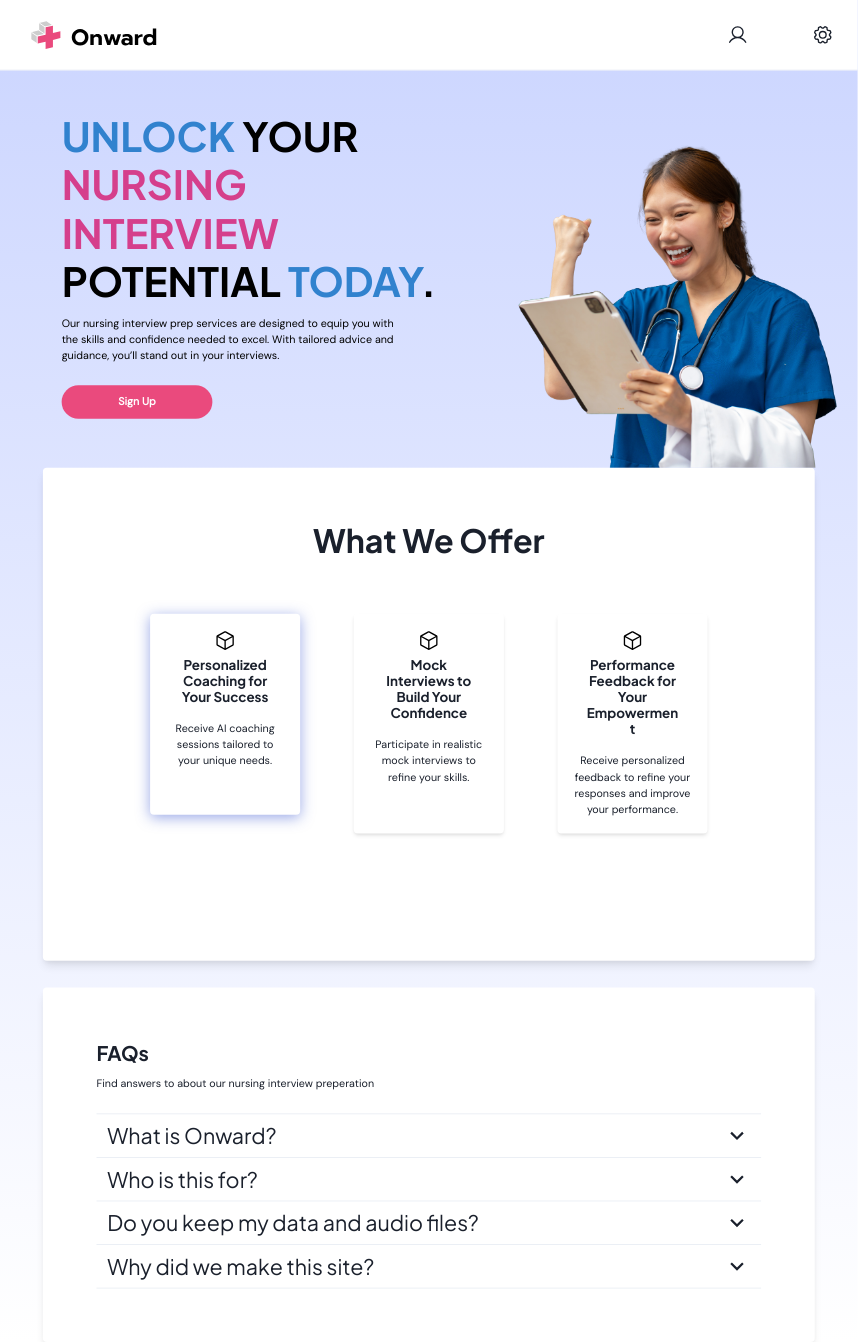
Repository: Aladdin3r/onward
Page: /landing-page
The author's editor kept a copy of each file at every save. The page is drawn from the files as they stood at one save, then again after the next save.
The browser window is 1280 px wide. The pictures show the whole page, at 67% of full size.
The project was rebuilt for these pictures with package versions that can differ from the ones it lists, and the page was loaded fresh each time. The framework's server and built-in components were replaced by stand-ins that run in the browser. Also part of the build but not shown: next.config.mjs.

Above is the page before, as saved 2024-10-29 03:25:24.

### pages/_app.js
import { ChakraProvider } from "@chakra-ui/react";
import theme from "@/styles/theme";

function MyApp({ Component, pageProps }) {
  return (
    <ChakraProvider theme={theme}>
      <Component {...pageProps} />
    </ChakraProvider>
  );
}

export default MyApp;

### pages/_document.js
import { Html, Head, Main, NextScript } from "next/document";

export default function Document() {
  return (
    <Html lang="en">
      <Head>
        <link
          href="https://fonts.googleapis.com/css2?family=DM+Sans:wght@400&family=Plus+Jakarta+Sans:wght@400;600;700&display=swap"
          rel="stylesheet"
        />
      </Head>
      <body>
        <Main />
        <NextScript />
      </body>
    </Html>
  );
}

### pages/landing-page.js
import {
    Box,
    Flex,
    Heading,
    Text,
    Stack,
    Button,
    Accordion,
    AccordionItem,
    AccordionButton,
    AccordionPanel,
    AccordionIcon,
    Image
} from "@chakra-ui/react";
import TopNav from "@/styles/components/TopNav";
import { useRouter } from 'next/router';

export default function Home() {
    const router = useRouter();

    // Button action function
    const handleSignUp = () => {
        router.push('/signup'); // Navigate to the sign-up page
    };

    return (
        <Box
            bgGradient="linear(to-b, #CBD5FF, #FFFFFF)"
            minH="100vh"

        >
            {/* Hero Section */}
            <TopNav />

            <Flex
                p={3}
                width="100%"
                mb={0}
                flexDirection="row"
                alignItems="center"
                justifyContent="space-between"
                gap="2rem"
            >
                <Flex flexDirection="column" zIndex={1} ml="20">
                    <Heading
                        fontFamily="heading"
                        fontSize="6xl"
                        fontWeight="bold"
                        width="88%"
                        mb={4}
                    >
                        <Text as="span" color="blue.500">UNLOCK </Text>
                        <Text as="span" color="black">YOUR </Text>
                        <Text as="span" color="pink.500">NURSING INTERVIEW </Text>
                        <Text as="span" color="black">POTENTIAL </Text>
                        <Text as="span" color="blue.500">TODAY</Text>
                        <Text as="span" color="black">. </Text>
                    </Heading>
                    <Text fontFamily="body" fontSize="x" color="black" mb={6} width="78%">
                        Our nursing interview prep services are designed to equip you with the skills and confidence needed to excel. With tailored advice and guidance, you’ll stand out in your interviews.
                    </Text>
                    <Button
                        mt="2"
                        bg="#EA4A7D"
                        color="#FFFFFF"
                        width="50%"
                        height="50px"
                        maxW="225px"
                        fontWeight="semibold"
                        fontSize="16px"
                        borderRadius="full"
                        px="6"
                        mb="6"
                    >
                        Sign Up
                    </Button>
                </Flex>

                <Box width="95%" >
                    <Image
                        src="/images/ipad-nurse.png"
                        alt="IPad Nurse"
                        width="100%"
                        height="auto"
                        objectFit="cover"
                        ml={-15}
                    />
                </Box>
            </Flex>


            {/* What We Offer Section */}
            <Box p={40} textAlign="center" borderRadius="md" boxShadow="lg" maxW="90%" mx="auto" bg={"white"} mt={-3}>
                <Heading fontFamily="heading" fontSize="5xl" mb={20} mt={-20}>What We Offer</Heading>
                <Flex justify="center" gap={20} mb={30}>
                    <Stack
                        width="300px"
                        height="300px"
                        borderRadius="md"
                        boxShadow={`0 4px 20px rgba(51, 82, 207, 0.5)`} // Custom shadow color
                        p={6}
                        textAlign="center"
                        alignItems="center"
                    >
                        <svg xmlns="http://www.w3.org/2000/svg" width="32" height="32" fill="#000000" viewBox="0 0 256 256"><path d="M223.68,66.15,135.68,18h0a15.88,15.88,0,0,0-15.36,0l-88,48.17a16,16,0,0,0-8.32,14v95.64a16,16,0,0,0,8.32,14l88,48.17a15.88,15.88,0,0,0,15.36,0l88-48.17a16,16,0,0,0,8.32-14V80.18A16,16,0,0,0,223.68,66.15ZM128,32h0l80.34,44L128,120,47.66,76ZM40,90l80,43.78v85.79L40,175.82Zm96,129.57V133.82L216,90v85.78Z"></path></svg>
                        <Heading width="80%" fontFamily="heading" fontSize="xl" mb={4}>Personalized Coaching for Your Success</Heading>
                        <Text fontFamily="body">
                            Receive AI coaching sessions tailored to your unique needs.
                        </Text>
                    </Stack>
                    <Stack width="300px" borderRadius="md" boxShadow="md" p={6} textAlign="center" alignItems="center">
                        <svg xmlns="http://www.w3.org/2000/svg" width="32" height="32" fill="#000000" viewBox="0 0 256 256"><path d="M223.68,66.15,135.68,18h0a15.88,15.88,0,0,0-15.36,0l-88,48.17a16,16,0,0,0-8.32,14v95.64a16,16,0,0,0,8.32,14l88,48.17a15.88,15.88,0,0,0,15.36,0l88-48.17a16,16,0,0,0,8.32-14V80.18A16,16,0,0,0,223.68,66.15ZM128,32h0l80.34,44L128,120,47.66,76ZM40,90l80,43.78v85.79L40,175.82Zm96,129.57V133.82L216,90v85.78Z"></path></svg>
                        <Heading width="80%" fontFamily="heading" fontSize="xl" mb={4}>Mock Interviews to Build Your Confidence</Heading>
                        <Text fontFamily="body">
                            Participate in realistic mock interviews to refine your skills.
                        </Text>
                    </Stack>
                    <Stack width="300px" borderRadius="md" boxShadow="md" p={6} textAlign="center" alignItems="center">
                        <svg xmlns="http://www.w3.org/2000/svg" width="32" height="32" fill="#000000" viewBox="0 0 256 256"><path d="M223.68,66.15,135.68,18h0a15.88,15.88,0,0,0-15.36,0l-88,48.17a16,16,0,0,0-8.32,14v95.64a16,16,0,0,0,8.32,14l88,48.17a15.88,15.88,0,0,0,15.36,0l88-48.17a16,16,0,0,0,8.32-14V80.18A16,16,0,0,0,223.68,66.15ZM128,32h0l80.34,44L128,120,47.66,76ZM40,90l80,43.78v85.79L40,175.82Zm96,129.57V133.82L216,90v85.78Z"></path></svg>
                        <Heading width="80%" fontFamily="heading" fontSize="xl" mb={4}>Performance Feedback for Your Empowerment</Heading>
                        <Text fontFamily="body">
                            Receive personalized feedback to refine your responses and improve your performance.
                        </Text>
                    </Stack>
                </Flex>
            </Box>

            {/* FAQ Section */}
            <Box p={20} borderRadius="md" boxShadow="lg" maxW="90%" mx="auto" bg={"white"} mt={10}>
                <Heading fontFamily="heading" fontSize="3xl" textAlign="left" mb={4}>FAQs</Heading>
                <Text fontFamily="body" fontSize="s" textAlign="left" mb={8}>
                    Find answers to about our nursing interview preperation
                </Text>
                <Accordion allowToggle>
                    <AccordionItem>
                        <h2>
                            <AccordionButton>
                                <Box as="span" flex="1" textAlign="left" fontFamily="heading">What is Onward?</Box>
                                <AccordionIcon />
                            </AccordionButton>
                        </h2>
                        <AccordionPanel pb={4} fontFamily="body">
                            Onward is an AI-powered personal interview coach designed for nurses to enhance their job interview skills.
                        </AccordionPanel>
                    </AccordionItem>
                    <AccordionItem>
                        <h2>
                            <AccordionButton>
                                <Box as="span" flex="1" textAlign="left" fontFamily="heading">Who is this for?</Box>
                                <AccordionIcon />
                            </AccordionButton>
                        </h2>
                        <AccordionPanel pb={4} fontFamily="body">
                            This service is designed for nurses, especially those new to the Canadian healthcare system.
                        </AccordionPanel>
                    </AccordionItem>
                    <AccordionItem>
                        <h2>
                            <AccordionButton>
                                <Box as="span" flex="1" textAlign="left" fontFamily="heading">Do you keep my data and audio files?</Box>
                                <AccordionIcon />
                            </AccordionButton>
                        </h2>
                        <AccordionPanel pb={4} fontFamily="body">
                            Yes, we securely store data as per our privacy policy to enhance your interview coaching experience.
                        </AccordionPanel>
                    </AccordionItem>
                    <AccordionItem>
                        <h2>
                            <AccordionButton>
                                <Box as="span" flex="1" textAlign="left" fontFamily="heading">Why did we make this site?</Box>
                                <AccordionIcon />
                            </AccordionButton>
                        </h2>
                        <AccordionPanel pb={4} fontFamily="body">
                            Onward aims to empower nurses by providing interview preparation tools tailored to their needs.
                        </AccordionPanel>
                    </AccordionItem>
                </Accordion>
            </Box>        </Box>
    );
}

### styles/theme.js
import { extendTheme } from "@chakra-ui/react";
import { theme as chakraTheme } from "@chakra-ui/react";
import Button from './components/Button';
import { Stepper } from "@chakra-ui/react";

const fonts = {
    ...chakraTheme.fonts,
    body: "DM Sans",
    heading: "Plus Jakarta Sans",
}

const overrides = {
    ...chakraTheme,
    fonts,
    components: {
        Button: {
            ...Button,
        },
    },
    fontWeights: {
        normal: 400,
        medium: 500,
        bold: 700,
    },
    fontSizes: {
        xxs: "14pt",
        xs: "16pt",
        sm: "20pt",
        md: "24pt",
        lg: "32pt",
    },
    colors: {
       brand: {
        blushPink: "#EA4A7D",
        pastelBlue: "#CBD5FF",
        blueberryCreme: "#EBEFFF",
        frostWhite: "#FAFAFA",
        nightBlack: "#1f1f1f",
        platinum: "#e2e2e2",
        confirmationGreen: "#61CD3D",
        imperialRed: "EA4A4D",
        canaryYellow: "#EAE84A",
        oceanBlue: "#214DDF",
        pureWhite: "#FFFFFF"
        }
    },
    styles: {
        global: {
            body: {
                bg: "frostWhite",
            },
        },
    },
}

const customTheme = extendTheme(overrides);

export default customTheme;

### styles/components/TopNav.js
'use client'
import {
    Box,
    Flex,
    useColorModeValue,
    IconButton,
    Image,
    Link,
} from "@chakra-ui/react";
import { User, Gear } from "@phosphor-icons/react";

export default function TopNav() {
    const bgColor = useColorModeValue('#fff', 'brand.nightBlack');

    return (
        <Box bg={bgColor} px={4} borderBottom="1px solid #E6EAF2">
            <Flex h={"104px"} alignItems={'center'} justifyContent={'space-between'}>
                <Box fontSize={{ base: 'md', md: 'lg' }}>
                    <Link href="/">
                        <Image src="logo.svg" boxSize="253px" alt="Onward Logo" style={{ padding: "30px" }} />
                    </Link>
                </Box>
                <Flex alignItems={'center'}>
                    <Link href="/user">
                        <IconButton
                            aria-label="User settings"
                            icon={<User />}
                            variant="ghost"
                            mr="55px"
                        />
                    </Link>
                    <Link href="/settings">
                        <IconButton
                            aria-label="Settings"
                            icon={<Gear />}
                            variant="ghost"
                        />
                    </Link>
                </Flex>
            </Flex>
        </Box>
    );
}

### styles/components/Button.js
const Button = {
    baseStyle: {
      display: 'flex',
      borderRadius: '999px',
      fontFamily: 'DM Sans',
      _hover: {
        boxShadow: '0px 4px 4px 0px rgba(0, 0, 0, 0.45)',
      },
      padding: 3,
    },
    sizes: {
      xs: {
        fontSize: ['12pt', '14pt', '16pt'], // Responsive font sizes for xs
        px: [2, 3], // Responsive padding
      },
      sm: {
        fontSize: ['14pt', '16pt', '20pt'],
        px: [2, 4],
      },
      md: {
        fontSize: ['16pt', '20pt', '24pt'],
        px: [3, 5],
      },
      lg: {
        fontSize: ['20pt', '28pt', '32pt'],
        px: [4, 6],
      },
    },
    variants: {
      lgPrimary: {
        bg: 'brand.blushPink',
        color: 'brand.frostWhite',
        width: ['100%', '325px'], // 100% width on smaller screens
        height: '72px',
        fontSize: ['20pt', '28pt', '32pt'], // Responsive font size
        borderRadius: '999px',
      },
      mdPrimary: {
        bg: 'brand.blushPink',
        color: 'brand.frostWhite',
        width: ['100%', '225px'],
        height: '72px',
        fontSize: ['16pt', '20pt', '24pt'],
        borderRadius: '999px',
      },
      smPrimary: {
        bg: 'brand.blushPink',
        color: 'brand.frostWhite',
        width: ['100%', '150px'],
        height: '64px',
        fontSize: ['14pt', '16pt', '20pt'],
        borderRadius: '999px',
      },
      xsPrimary: {
        bg: 'brand.blushPink',
        color: 'brand.frostWhite',
        width: ['100%', '117px'],
        height: '32px',
        fontSize: ['12pt', '14pt', '18pt'],
        borderRadius: '999px',
      },
      lgSecondary: {
        bg: 'brand.platinum',
        color: 'brand.nightBlack',
        width: ['100%', '325px'],
        height: '72px',
        fontSize: ['20pt', '28pt', '32pt'],
        borderRadius: '999px',
        _hover: {
          bg: 'brand.blushPink',
          color: 'brand.frostWhite',
          boxShadow: '0px 4px 4px 0px rgba(0, 0, 0, 0.45)',
        },
      },
      mdSecondary: {
        bg: 'brand.platinum',
        color: 'brand.nightBlack',
        width: ['100%', '225px'],
        height: '72px',
        fontSize: ['16pt', '20pt', '24pt'],
        borderRadius: '999px',
        _hover: {
          bg: 'brand.blushPink',
          color: 'brand.frostWhite',
          boxShadow: '0px 4px 4px 0px rgba(0, 0, 0, 0.45)',
        },
      },
      smSecondary: {
        bg: 'brand.platinum',
        color: 'brand.nightBlack',
        width: ['100%', '150px'],
        height: '64px',
        fontSize: ['14pt', '16pt', '20pt'],
        borderRadius: '999px',
        _hover: {
          bg: 'brand.blushPink',
          color: 'brand.frostWhite',
          boxShadow: '0px 4px 4px 0px rgba(0, 0, 0, 0.45)',
        },
      },
      xsSecondary: {
        bg: 'brand.platinum',
        color: 'brand.nightBlack',
        width: ['100%', '117px'],
        height: '32px',
        fontSize: ['12pt', '14pt', '18pt'],
        borderRadius: '999px',
        _hover: {
          bg: 'brand.blushPink',
          color: 'brand.frostWhite',
          boxShadow: '0px 4px 4px 0px rgba(0, 0, 0, 0.45)',
        },
      },
    },
  };

  export default Button;

After the next save:
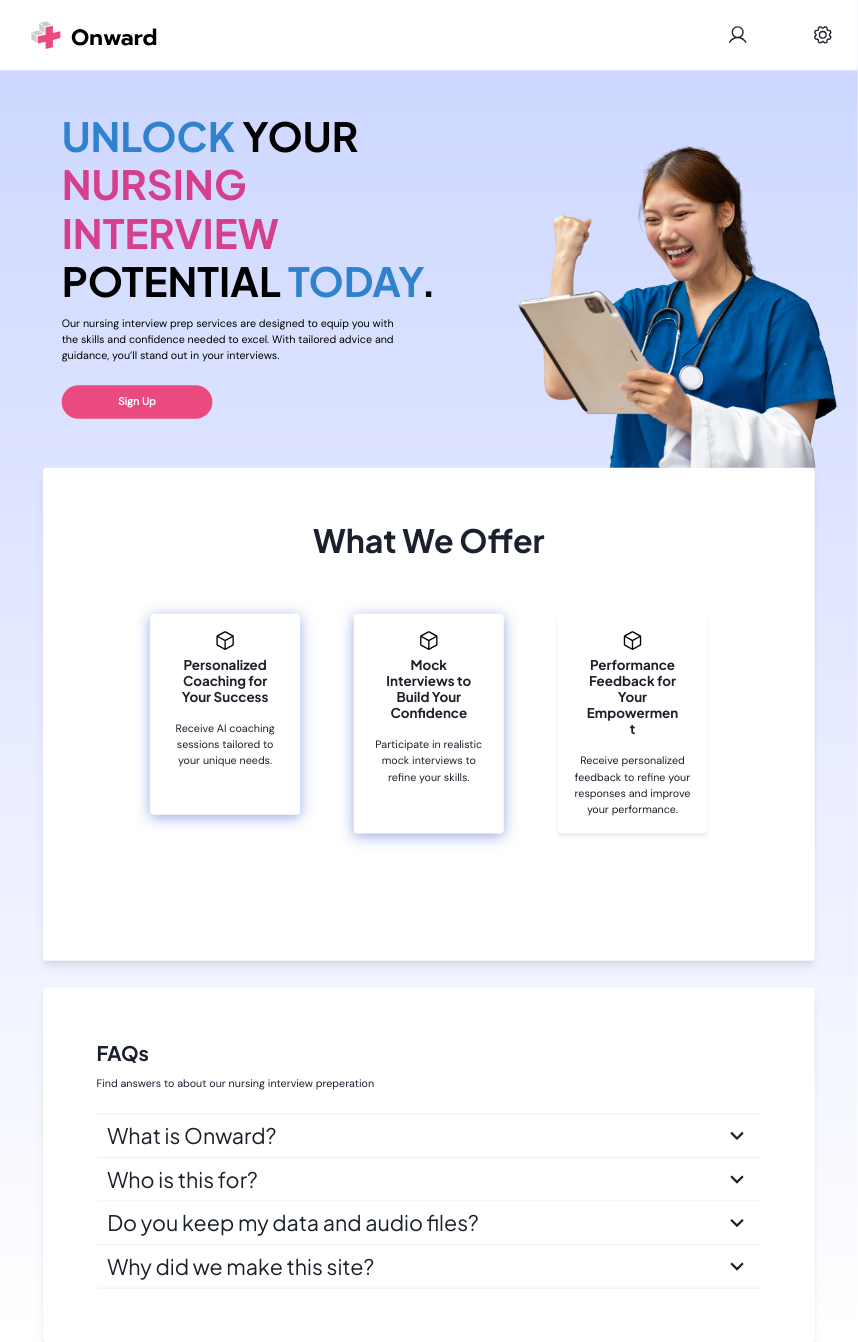
Saved 31 s later.
--- a/pages/landing-page.js
+++ b/pages/landing-page.js
@@ -108,7 +108,8 @@ export default function Home() {
                             Receive AI coaching sessions tailored to your unique needs.
                         </Text>
                     </Stack>
-                    <Stack width="300px" borderRadius="md" boxShadow="md" p={6} textAlign="center" alignItems="center">
+                    <Stack width="300px" borderRadius="md"   boxShadow={`0 4px 20px rgba(51, 82, 207, 0.5)`} // Custom shadow color
+                        p={6} p={6} textAlign="center" alignItems="center">
                         <svg xmlns="http://www.w3.org/2000/svg" width="32" height="32" fill="#000000" viewBox="0 0 256 256"><path d="M223.68,66.15,135.68,18h0a15.88,15.88,0,0,0-15.36,0l-88,48.17a16,16,0,0,0-8.32,14v95.64a16,16,0,0,0,8.32,14l88,48.17a15.88,15.88,0,0,0,15.36,0l88-48.17a16,16,0,0,0,8.32-14V80.18A16,16,0,0,0,223.68,66.15ZM128,32h0l80.34,44L128,120,47.66,76ZM40,90l80,43.78v85.79L40,175.82Zm96,129.57V133.82L216,90v85.78Z"></path></svg>
                         <Heading width="80%" fontFamily="heading" fontSize="xl" mb={4}>Mock Interviews to Build Your Confidence</Heading>
                         <Text fontFamily="body">
